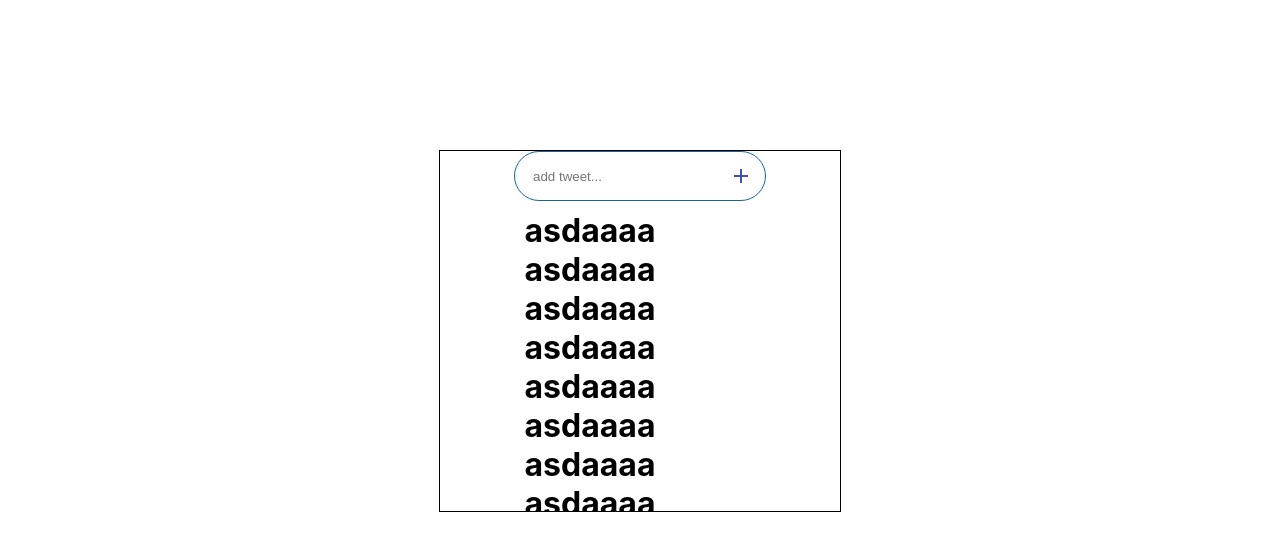
Repository: ehabmelhem/FullStack_Tweetapp
Page: /tweet (app in tweet-app-demo/)
An editor plug-in stored every save of this project. The page is shown before and after the next save, followed by the edit.
The browser window is 1280 px wide. The pictures show the whole page.
The project was rebuilt for these pictures with package versions that can differ from the ones it lists, and the page was loaded fresh each time. A package was used in the major version that the imports need, not the one package.json lists. Also part of the build but not shown: tweet-app-demo/src/Componets/Gotweet.js, tweet-app-demo/src/Componets/Login.css, tweet-app-demo/src/Componets/Login.js, tweet-app-demo/src/Componets/SignUp.css, tweet-app-demo/src/Componets/SignUp.js.

Above is the page before, as saved 2021-01-28 19:55:53.

### tweet-app-demo/src/App.js
import "./App.css";
import { useEffect, useState } from "react";
import { BrowserRouter as Router, Switch, Route, Link } from "react-router-dom";
import Login from "./Componets/Login";
import SignUp from "./Componets/SignUp";
import Tweet from "./Componets/Tweet";

function App() {
  return (
    <Router>
      <div className="app">
        <Switch>
          <Route path="/tweet">
            <Tweet />
          </Route>
          <Route path="/login">
            <Login />
          </Route>
          <Route path="/signup">
            <SignUp />
          </Route>
          <Route path="/">
            <Link to="/login">
              <button>Login</button>
            </Link>
            <Link to="/signup">
              <button>SignUp</button>
            </Link>
          </Route>
        </Switch>
      </div>
    </Router>
  );
}

export default App;

### tweet-app-demo/src/App.css
.app {
  position: relative;
  top: 150px;
  width: fit-content;
  margin: 0 auto;
}

### tweet-app-demo/src/Componets/Tweet.js
import React from "react";
import "./Tweet.css";
import IconButton from "@material-ui/core/IconButton";
import AddIcon from "@material-ui/icons/Add";
function Tweet() {
  return (
    <div className="tweet">
      <form className="tweet__form">
        <input placeholder="add tweet..." type="text" name="" id="" />
        <IconButton color="primary">
          <AddIcon />
        </IconButton>
      </form>
      <div className="container">
        <h1>asdaaaa</h1>
        <h1>asdaaaa</h1>
        <h1>asdaaaa</h1>
        <h1>asdaaaa</h1>
        <h1>asdaaaa</h1>
        <h1>asdaaaa</h1>
        <h1>asdaaaa</h1>
        <h1>asdaaaa</h1>
        <h1>asdaaaa</h1>
        <h1>asdaaaa</h1>
        <h1>asdaaaa</h1>
        <h1>asdaaaa</h1>
        <h1>asdaaaa</h1>
        <h1>asdaaaa</h1>
        <h1>asdaaaa</h1>
        <h1>asdaaaa</h1>
        <h1>asdaaaa</h1>
        <h1>asdaaaa</h1>
        <h1>asdaaaa</h1>
        <h1>asdaaaa</h1>
        <h1>asdaaaa</h1>
        <h1>asdaaaa</h1>
        <h1>asdaaaa</h1>
        <h1>asdaaaa</h1>
        <h1>asdaaaa</h1>
        <h1>asdaaaa</h1>
        <h1>asdaaaa</h1>
        <h1>asdaaaa</h1>
        <h1>asdaaaa</h1>
        <h1>asdaaaa</h1>
        <h1>asdaaaa</h1>
        <h1>asdaaaa</h1>
        <h1>asdaaaa</h1>
        <h1>asdaaaa</h1>
        <h1>asdaaaa</h1>
        <h1>asdaaaa</h1>
        <h1>asdaaaa</h1>
        <h1>asdaaaa</h1>
        <h1>asdaaaa</h1>
        <h1>asdaaaa</h1>
        <h1>asdaaaa</h1>
        <h1>asdaaaa</h1>
        <h1>asdaaaa</h1>
        <h1>asdaaaa</h1>
        <h1>asdaaaa</h1>
      </div>
    </div>
  );
}

export default Tweet;

### tweet-app-demo/src/Componets/Tweet.css
.tweet__form {
  margin: 0 auto;
  width: fit-content;
  display: flex;
  align-items: center;
  border: 1px solid rgb(23, 99, 161);
  border-radius: 999px;
}
.tweet__form > input {
  margin-left: 11px;
  padding: 7px;
  outline: none;
  border: none;
}
.tweet {
  width: 400px;
  border: 1px solid black;
}
/* Hide scrollbar for Chrome, Safari and Opera */
.container::-webkit-scrollbar {
  width: 1em;
}

.container::-webkit-scrollbar-track {
  box-shadow: inset 0 0 6px rgba(13, 132, 230, 0.76);
  border-radius: 999px;
}

.container::-webkit-scrollbar-thumb {
  background-color: rgb(37, 156, 235);
  border-radius: 999px;
}

.container {
  margin: 0 auto;
  margin-top: 10px;
  overflow: scroll;
  scroll-behavior: smooth;
  overflow-x: hidden; /* Hide horizontal scrollbar */
  height: 300px;
  width: fit-content;
  padding-right: 100px;
}

Loaded but not shown: tweet-app-demo/public/index.html (common file); tweet-app-demo/src/index.js (common file); tweet-app-demo/src/index.css (common file); tweet-app-demo/src/reportWebVitals.js (common file)

After the next save:
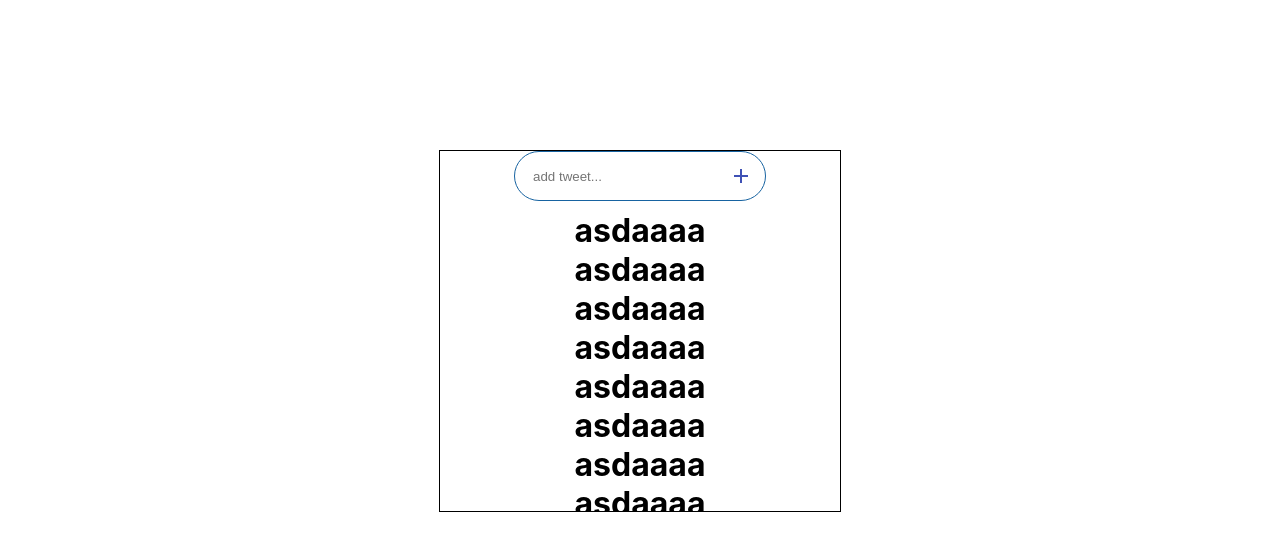
Saved 6 s later.
--- a/tweet-app-demo/src/Componets/Tweet.css
+++ b/tweet-app-demo/src/Componets/Tweet.css
@@ -39,5 +39,4 @@
   overflow-x: hidden; /* Hide horizontal scrollbar */
   height: 300px;
   width: fit-content;
-  padding-right: 100px;
 }
